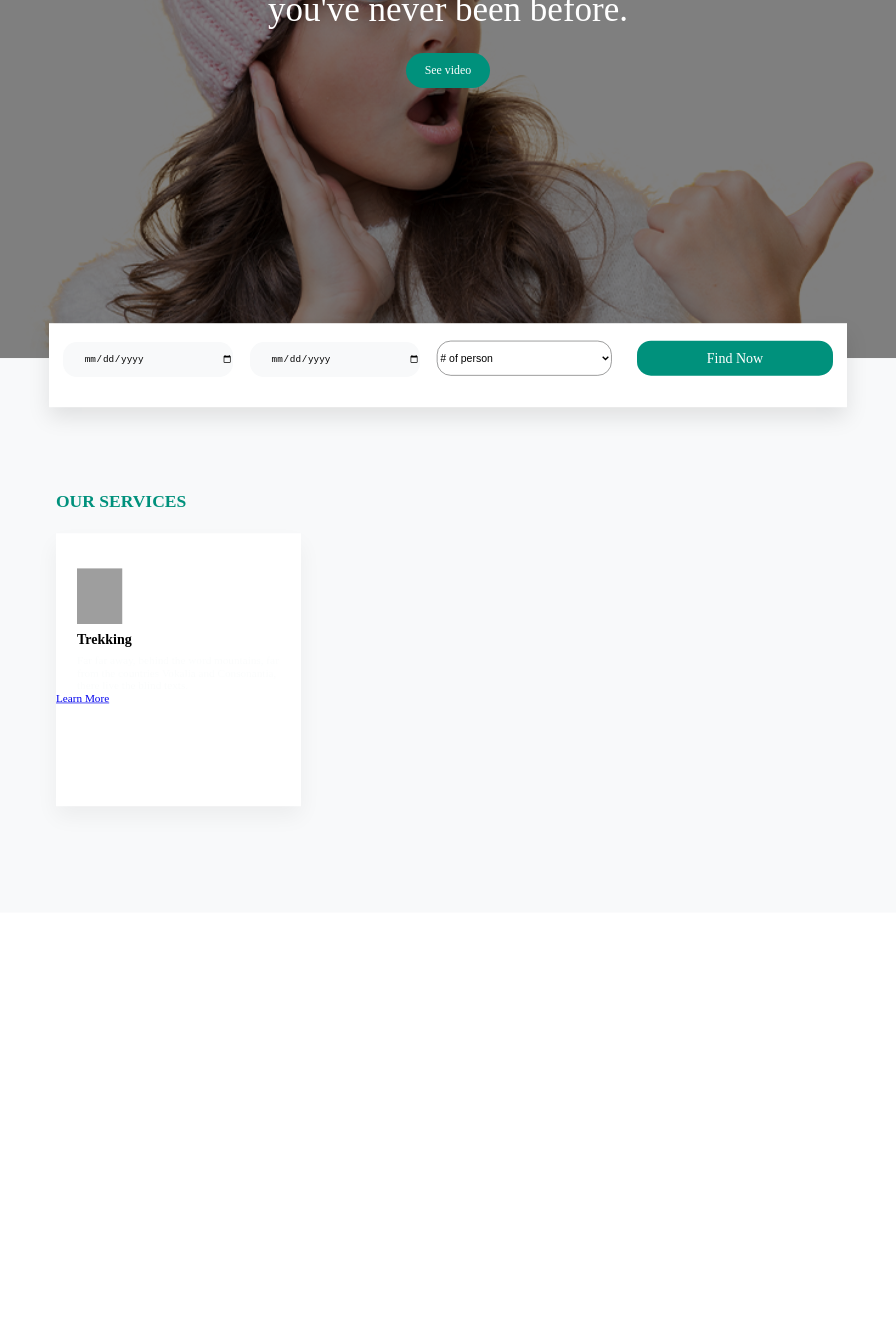
Repository: nhutduy0803/template1
Page: index.html
These files come from the project's save history. The page is drawn as it stood at one moment and after the next save; the edit follows.
The browser window is 1280 px wide. The pictures show the part of the page from y = 424 to 2344 px (the page is 5000 px tall), at 70% of full size.
Pictures or frames that could not be fetched are drawn as grey boxes.

Above is the page before, as saved 2021-11-28 13:16:43.

After the next save:
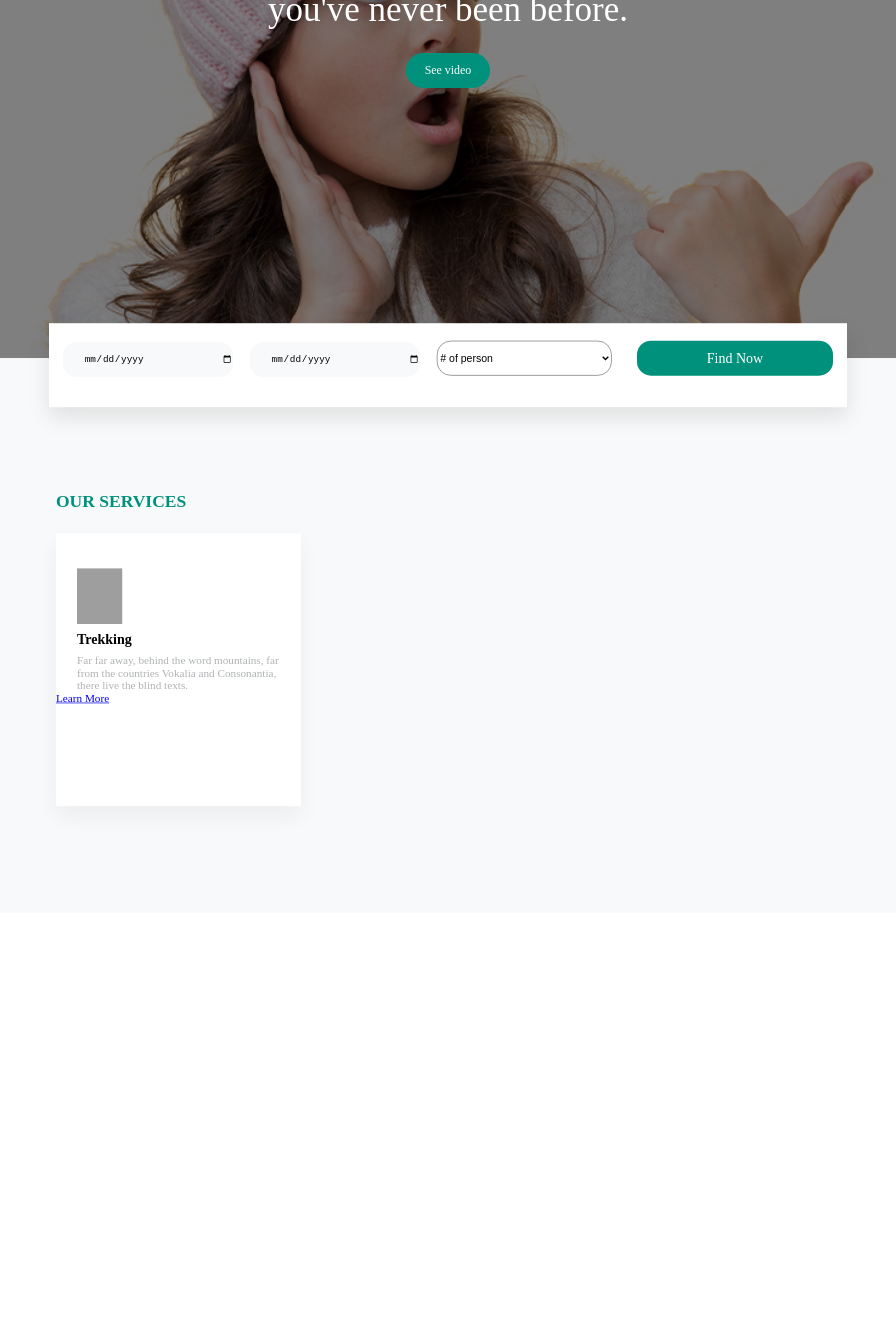
Saved 13 s later.
--- a/assets/css/style.css
+++ b/assets/css/style.css
@@ -305,5 +305,5 @@ ul .fa-chevron-down {
 .card-children p {
   margin-top: 10px;
   margin-left: 30px;
-  color: #f8f9fa83;
-}
+  color: #7175798f;
+}
